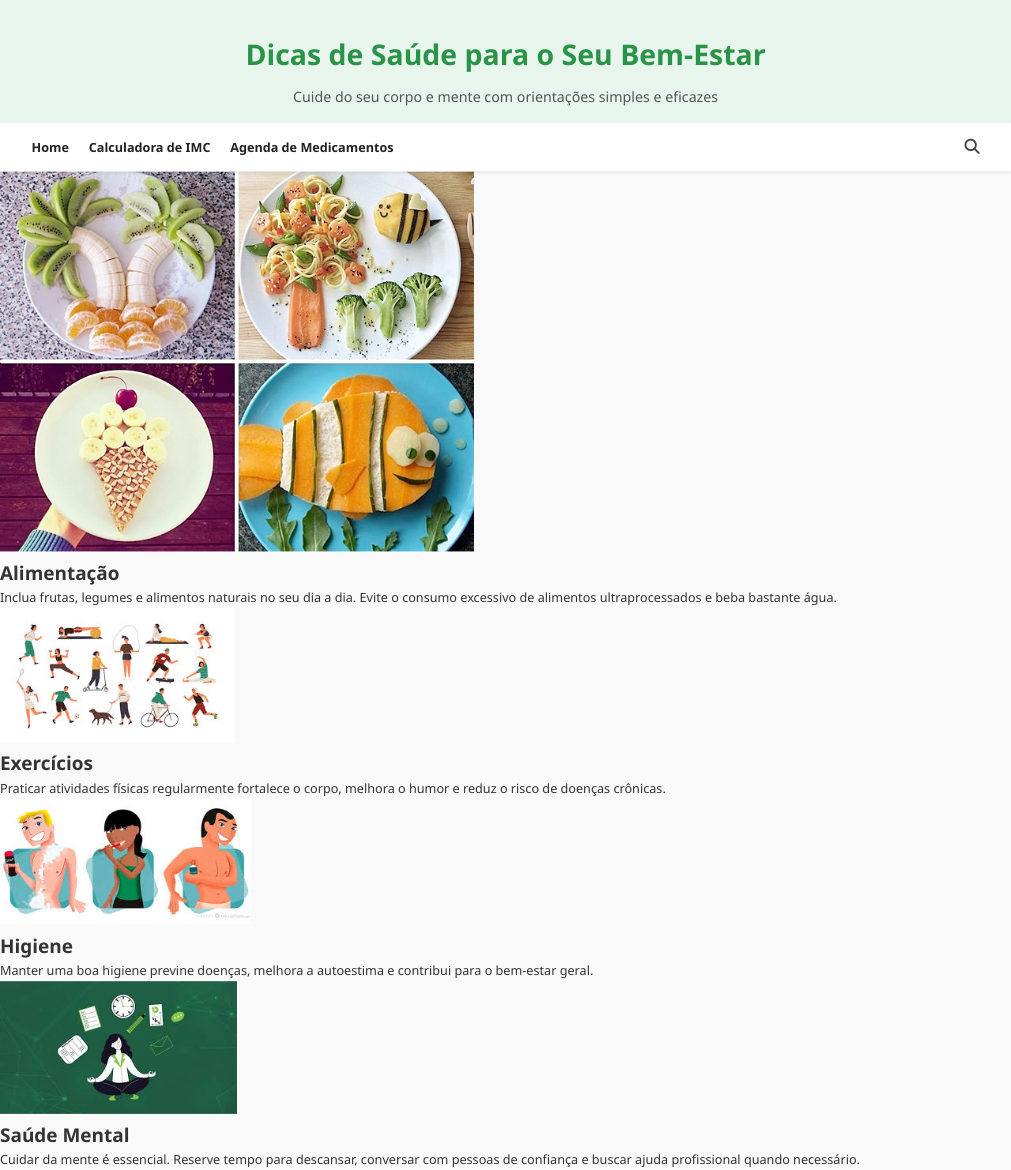
Repository: Cristiane-Sartori14/dicasSaude
Page: index.html
The author's editor kept a copy of each file at every save. The page is drawn from the files as they stood at one save, then again after the next save.
The browser window is 1280 px wide. The pictures show the whole page, at 79% of full size.

Above is the page before, as saved 2025-05-18 22:29:13.

After the next save:
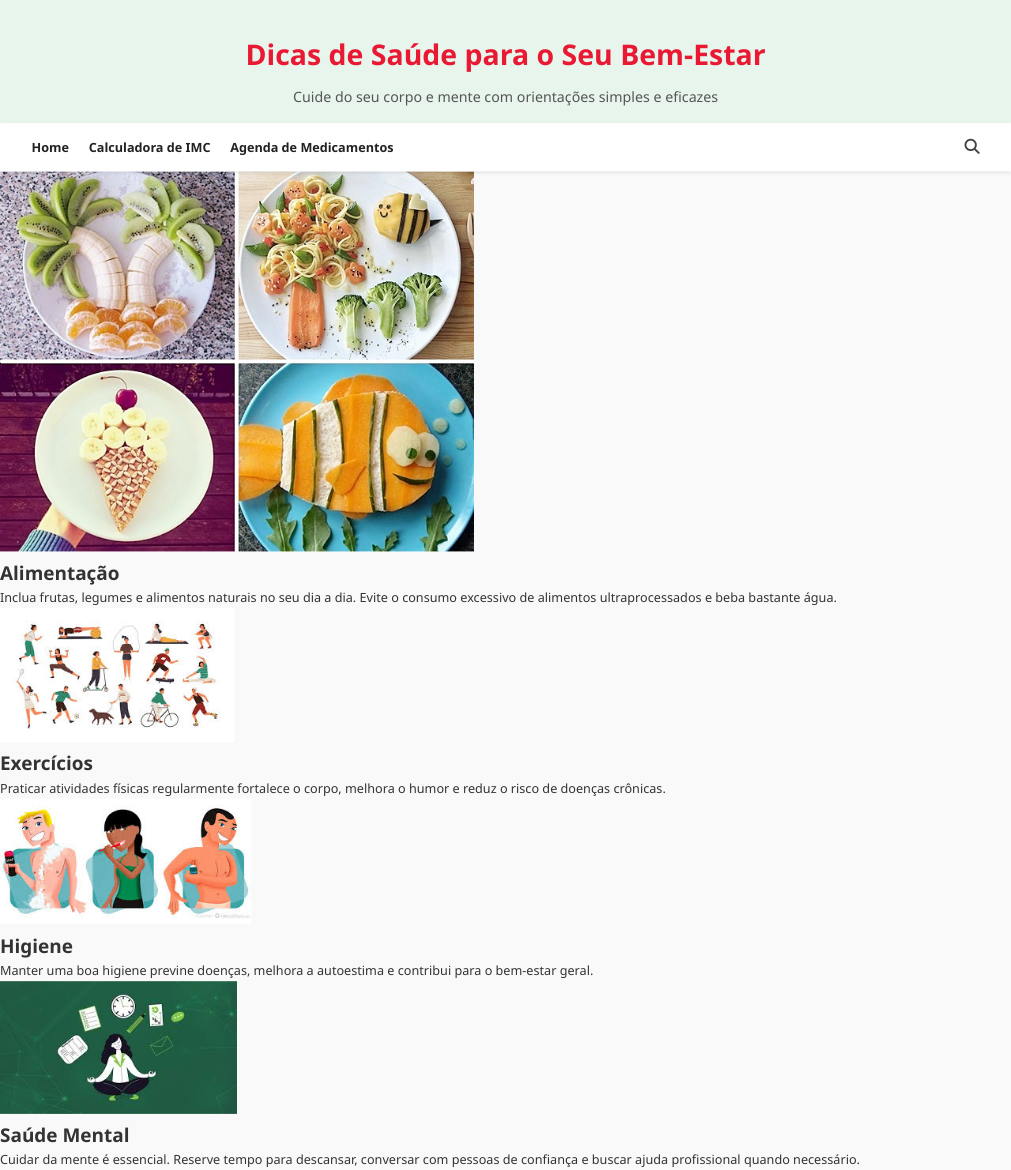
Saved 46 s later.
--- a/style.css
+++ b/style.css
@@ -16,12 +16,11 @@
   text-align: center;
   padding: 40px 20px 20px;
   background-color: #e7f5ec;
-  color:rgba(233, 9, 39, 0.932)
 }
 
 .main-title h1 {
   font-size: 36px;
-  color: #2b9348;
+  color: rgba(233, 9, 39, 0.932);
   margin-bottom: 10px;
 }
 

After the save that followed:
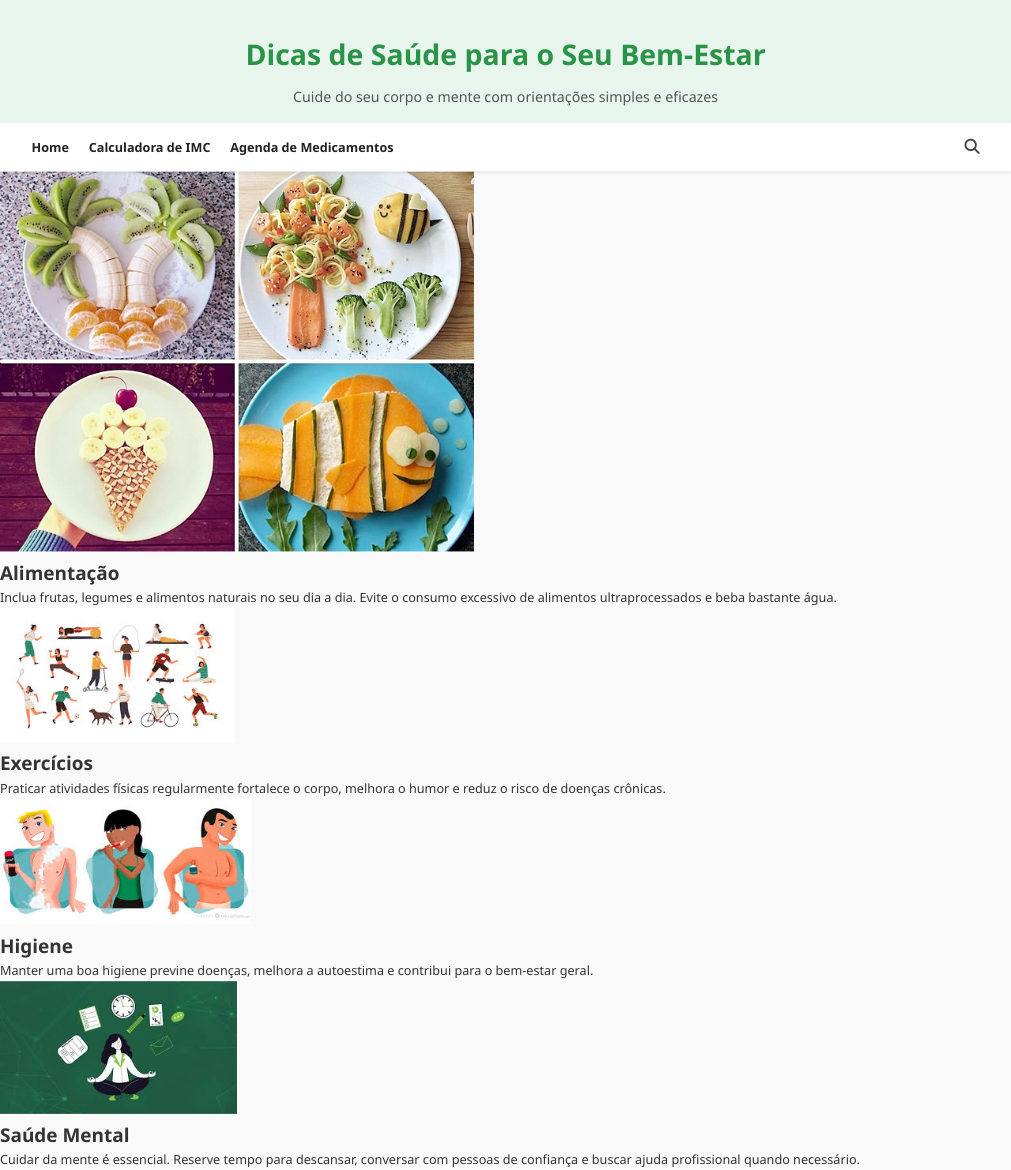
Saved 26 s later.
--- a/style.css
+++ b/style.css
@@ -16,11 +16,12 @@
   text-align: center;
   padding: 40px 20px 20px;
   background-color: #e7f5ec;
+
 }
 
 .main-title h1 {
   font-size: 36px;
-  color: rgba(233, 9, 39, 0.932);
+  color: #2b9348;
   margin-bottom: 10px;
 }
 
